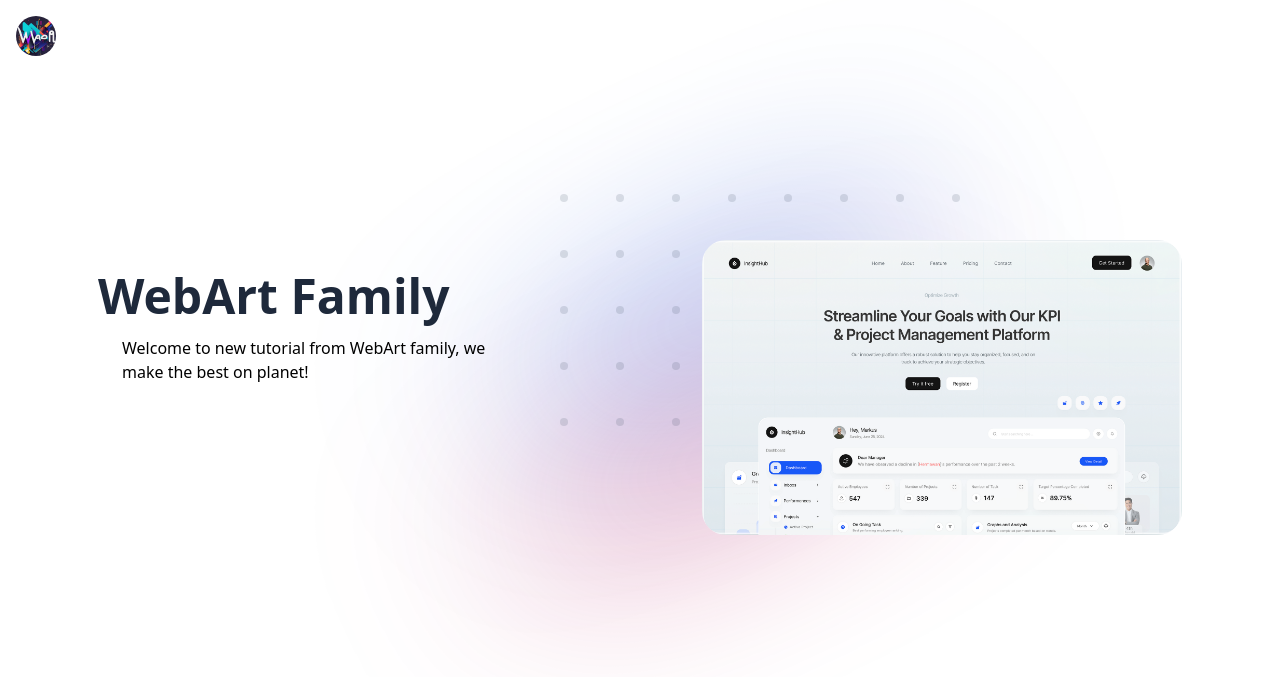
Repository: 30namp/youtube-web-art-code
Page: stunning landing page 1/index.html
The author's editor kept a copy of each file at every save. The page is drawn from the files as they stood at one save, then again after a run of saves.
The browser window is 1280 px wide. The pictures show the whole page.

Above is the page before, as saved 2024-09-26 21:06:13.

### stunning landing page 1/index.html
<!DOCTYPE html>
<html lang="en">
  <head>
    <meta charset="UTF-8" />
    <meta name="viewport" content="width=device-width, initial-scale=1.0" />
    <title>WebArt Design</title>
    <script src="./tailwindcss.min.js"></script>
  </head>
  <body class="min-h-screen">
    <div
      class="absolute right-[25%] top-[60%] h-12 w-[30rem] rounded-[100%] rotate-[-25deg] bg-pink-700 blur-[6rem]"
    ></div>
    <div
      class="absolute right-[25%] top-[40%] h-12 w-[30rem] rounded-[100%] rotate-[-25deg] bg-blue-700 blur-[6rem]"
    ></div>
    <div
      class="grid grid-cols-8 gap-12 absolute right-[25%] top-[27%] animate-pulse"
    >
      <div class="rounded-full bg-slate-700/30 size-2 shadow-lg"></div>
      <div class="rounded-full bg-slate-700/30 size-2 shadow-lg"></div>
      <div class="rounded-full bg-slate-700/30 size-2 shadow-lg"></div>
      <div class="rounded-full bg-slate-700/30 size-2 shadow-lg"></div>
      <div class="rounded-full bg-slate-700/30 size-2 shadow-lg"></div>
      <div class="rounded-full bg-slate-700/30 size-2 shadow-lg"></div>
      <div class="rounded-full bg-slate-700/30 size-2 shadow-lg"></div>
      <div class="rounded-full bg-slate-700/30 size-2 shadow-lg"></div>
      <div class="rounded-full bg-slate-700/30 size-2 shadow-lg"></div>
      <div class="rounded-full bg-slate-700/30 size-2 shadow-lg"></div>
      <div class="rounded-full bg-slate-700/30 size-2 shadow-lg"></div>
      <div class="rounded-full bg-slate-700/30 size-2 shadow-lg"></div>
      <div class="rounded-full bg-slate-700/30 size-2 shadow-lg"></div>
      <div class="rounded-full bg-slate-700/30 size-2 shadow-lg"></div>
      <div class="rounded-full bg-slate-700/30 size-2 shadow-lg"></div>
      <div class="rounded-full bg-slate-700/30 size-2 shadow-lg"></div>
      <div class="rounded-full bg-slate-700/30 size-2 shadow-lg"></div>
      <div class="rounded-full bg-slate-700/30 size-2 shadow-lg"></div>
      <div class="rounded-full bg-slate-700/30 size-2 shadow-lg"></div>
      <div class="rounded-full bg-slate-700/30 size-2 shadow-lg"></div>
      <div class="rounded-full bg-slate-700/30 size-2 shadow-lg"></div>
      <div class="rounded-full bg-slate-700/30 size-2 shadow-lg"></div>
      <div class="rounded-full bg-slate-700/30 size-2 shadow-lg"></div>
      <div class="rounded-full bg-slate-700/30 size-2 shadow-lg"></div>
      <div class="rounded-full bg-slate-700/30 size-2 shadow-lg"></div>
      <div class="rounded-full bg-slate-700/30 size-2 shadow-lg"></div>
      <div class="rounded-full bg-slate-700/30 size-2 shadow-lg"></div>
      <div class="rounded-full bg-slate-700/30 size-2 shadow-lg"></div>
      <div class="rounded-full bg-slate-700/30 size-2 shadow-lg"></div>
      <div class="rounded-full bg-slate-700/30 size-2 shadow-lg"></div>
      <div class="rounded-full bg-slate-700/30 size-2 shadow-lg"></div>
      <div class="rounded-full bg-slate-700/30 size-2 shadow-lg"></div>
      <div class="rounded-full bg-slate-700/30 size-2 shadow-lg"></div>
      <div class="rounded-full bg-slate-700/30 size-2 shadow-lg"></div>
      <div class="rounded-full bg-slate-700/30 size-2 shadow-lg"></div>
      <div class="rounded-full bg-slate-700/30 size-2 shadow-lg"></div>
      <div class="rounded-full bg-slate-700/30 size-2 shadow-lg"></div>
      <div class="rounded-full bg-slate-700/30 size-2 shadow-lg"></div>
      <div class="rounded-full bg-slate-700/30 size-2 shadow-lg"></div>
      <div class="rounded-full bg-slate-700/30 size-2 shadow-lg"></div>
    </div>

    <!-- navbar -->
    <nav
      class="absolute top-0 left-0 right-0 flex justify-between items-center p-4"
    >
      <a href="/">
        <img class="size-10 rounded-full" src="./assets/img/logo.jpg" alt="" />
      </a>
    </nav>

    <!-- hero section -->
    <div class="hero-section relative pt-60 flex justify-around items-start">
      <div class="content flex flex-col gap-4 pt-8">
        <h1 class="text-5xl font-bold text-slate-800">WebArt Family</h1>
        <div class="description ml-6 w-96">
          Welcome to new tutorial from WebArt family, we make the best on
          planet!
        </div>
      </div>
      <img class="w-[30rem] rounded-3xl" src="./assets/img/img.png" alt="" />
    </div>
  </body>
</html>

Loaded but not shown: stunning landing page 1/tailwindcss.min.js (library)

After the next 2 saves:
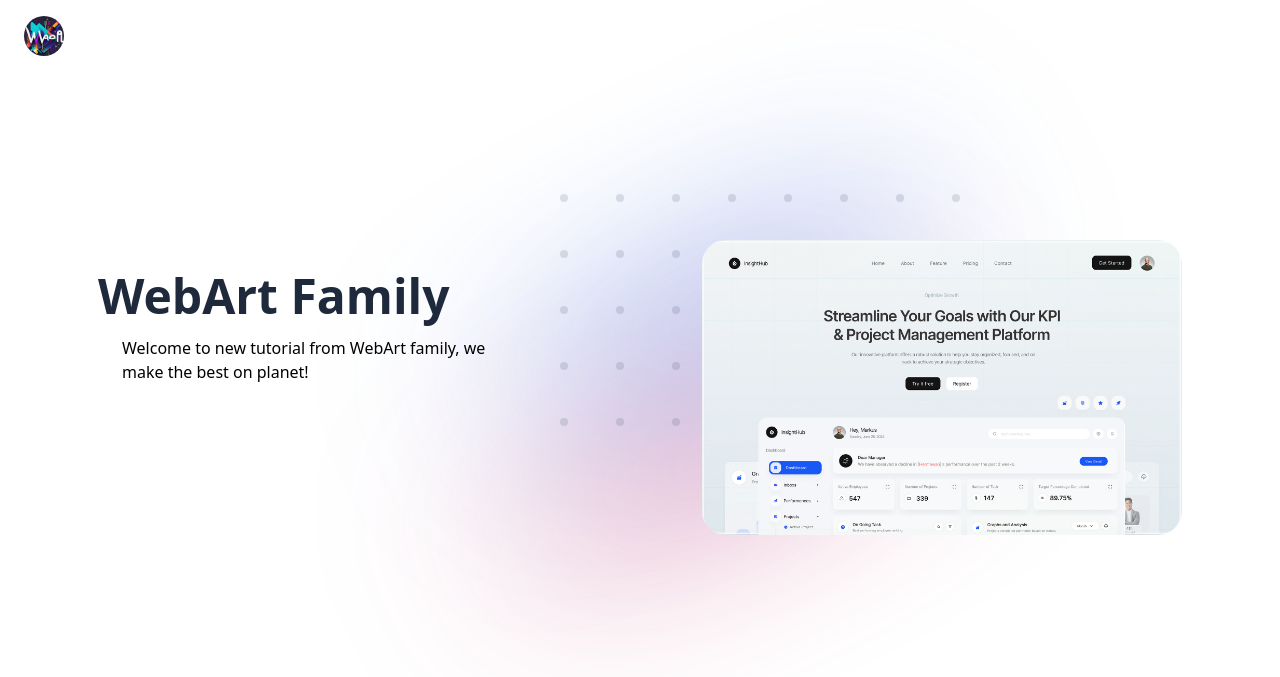
The 2 saves are shown as one change because they came seconds apart.
The last was saved 7 s later.
--- a/stunning landing page 1/index.html
+++ b/stunning landing page 1/index.html
@@ -60,7 +60,7 @@
 
     <!-- navbar -->
     <nav
-      class="absolute top-0 left-0 right-0 flex justify-between items-center p-4"
+      class="absolute top-0 left-0 right-0 flex justify-between items-center py-4 px-6"
     >
       <a href="/">
         <img class="size-10 rounded-full" src="./assets/img/logo.jpg" alt="" />
